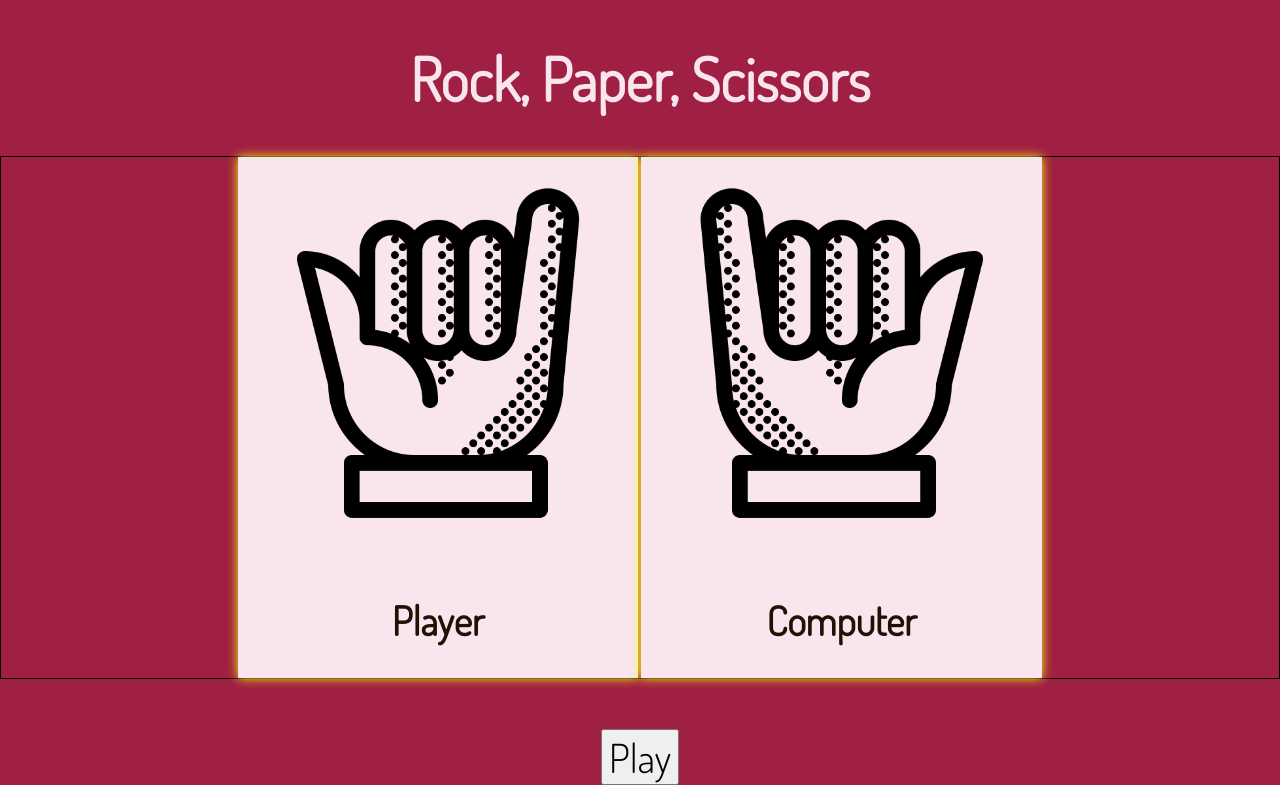
Repository: shayanabedi98/rock-paper-scissors
Page: index.html
An editor plug-in stored every save of this project. The page is shown before and after a run of saves, followed by the edit.
The browser window is 1280 px wide. The pictures show the whole page.

Above is the page before, as saved 2023-07-13 19:41:10.

After the next 2 saves:
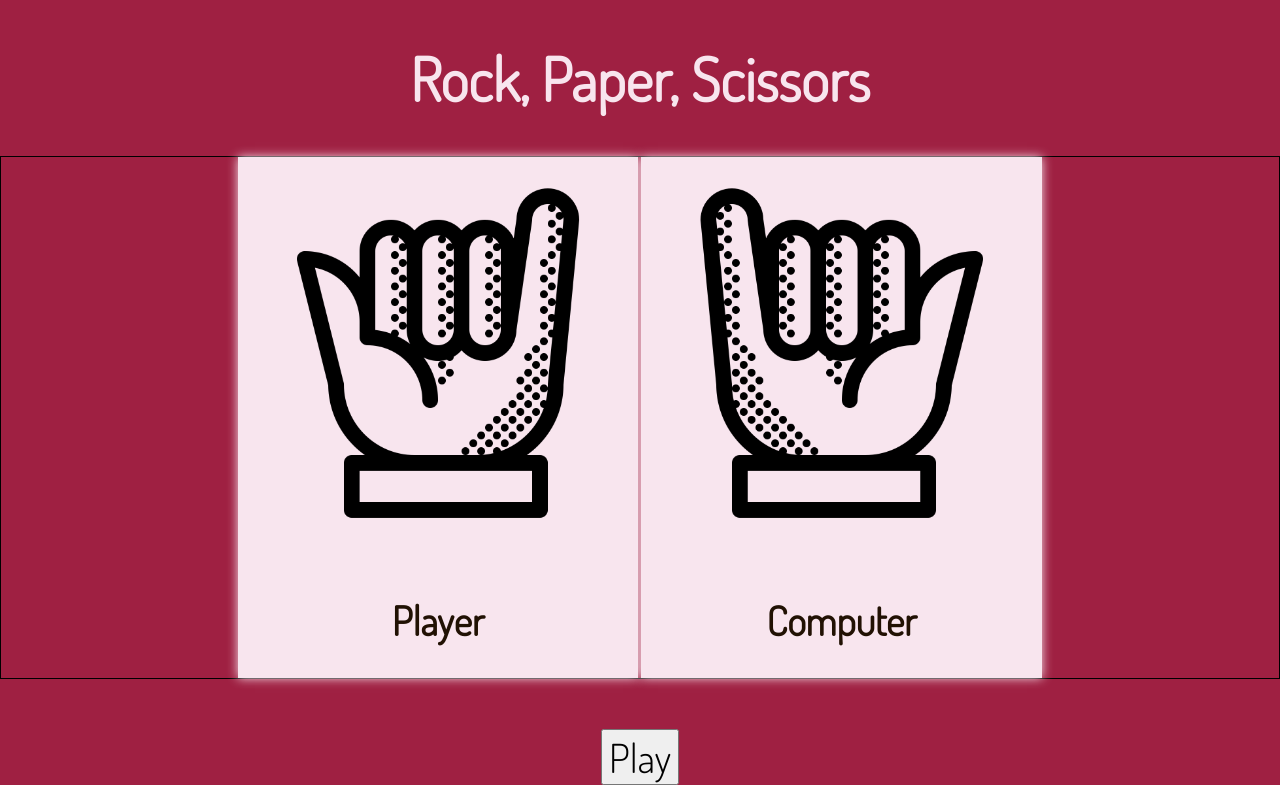
The 2 saves are shown as one change because they came seconds apart.
The last was saved 14 s later.
--- a/styles.css
+++ b/styles.css
@@ -23,7 +23,7 @@ h1 {
 .card {
     display: inline-block;
     background-color: #F8E5EE;
-    box-shadow: 0 0 10px 0 yellow;
+    box-shadow: 0 0 10px 0;
 }
 
 .card img {
